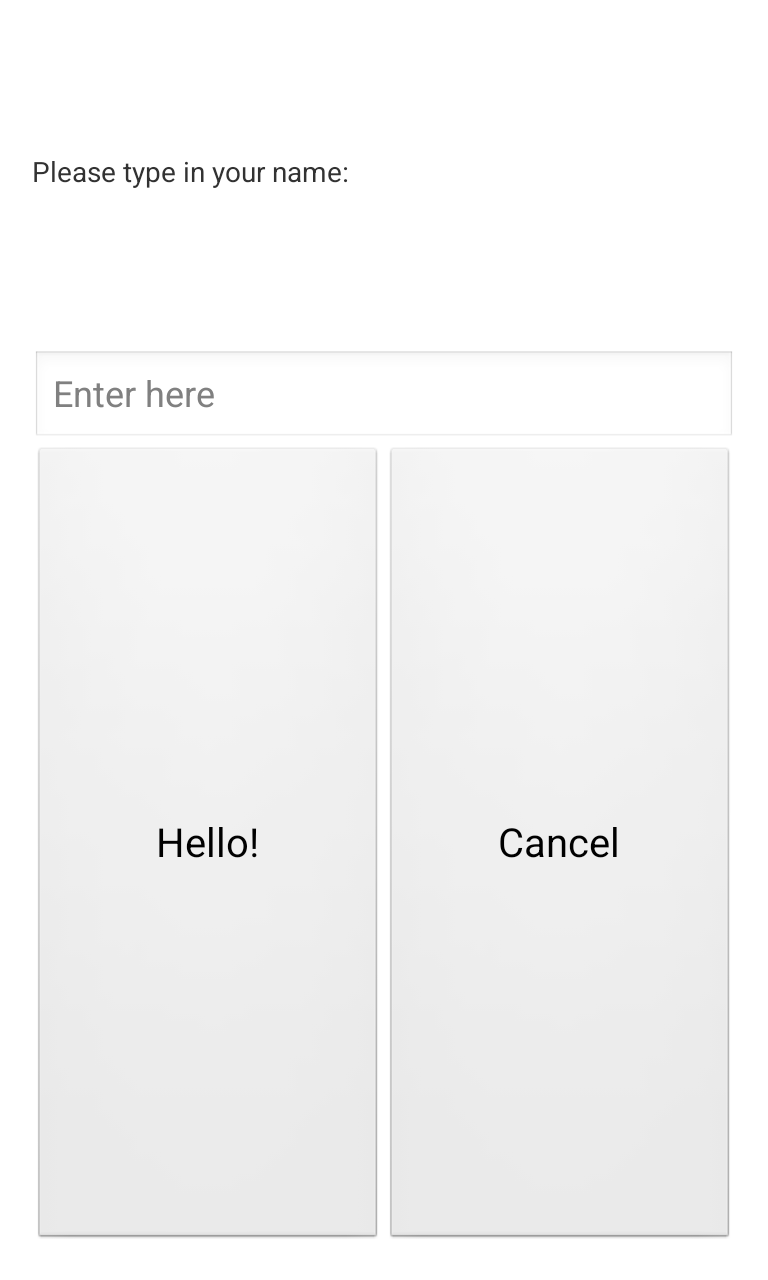
Repository: echolomaniac/HelloWorld
Layout: HelloWorld/res/layout/fragment_main.xml
The author's editor kept a copy of each file at every save. The layout is drawn from the files as they stood at one save, then again after the next save.
It is drawn on a 768 x 1280 px phone screen (xhdpi) without system bars, with theme android:Theme.Light.NoTitleBar; the app's code is not run.

Above is the layout before, as saved 2014-05-06 06:52:42.

### HelloWorld/res/layout/fragment_main.xml
<RelativeLayout xmlns:android="http://schemas.android.com/apk/res/android"
    xmlns:tools="http://schemas.android.com/tools"
    android:layout_width="match_parent"
    android:layout_height="match_parent"
    android:paddingBottom="@dimen/activity_vertical_margin"
    android:paddingLeft="@dimen/activity_horizontal_margin"
    android:paddingRight="@dimen/activity_horizontal_margin"
    android:paddingTop="@dimen/activity_vertical_margin"
    tools:context="com.example.helloworld.MainActivity$PlaceholderFragment" >

    <LinearLayout
        android:id="@+id/linearLayout1"
        android:layout_width="fill_parent"
        android:layout_height="fill_parent"
        android:layout_alignParentLeft="true"
        android:orientation="vertical" >

        <TextView
            android:id="@+id/textView1"
            android:layout_width="wrap_content"
            android:layout_height="wrap_content"
            android:layout_marginTop="60dp"
            android:text="@string/enter_name" />

        <EditText
            android:id="@+id/nameEditText"
            android:layout_width="match_parent"
            android:layout_height="wrap_content"
            android:layout_marginTop="80dp"
            android:ems="10"
            android:hint="@string/hint_enter_name" />

        <LinearLayout
            android:layout_width="fill_parent"
            android:layout_height="0dp"
            android:layout_weight="0.01" >

            <Button
                android:id="@+id/button1"
                android:layout_width="0dp"
                android:layout_weight="0.5"
                android:layout_height="match_parent"
                android:text="@string/hello_button"
                android:textSize="20sp"
                android:onClick="onHelloPressed"/>

            <Button
                android:id="@+id/button2"
                android:layout_width="0dp"
                android:layout_weight = "0.5"
                android:layout_height="match_parent"
                android:text="@string/button_cancel"
                android:textSize="20sp" />

        </LinearLayout>

    </LinearLayout>

</RelativeLayout>

### HelloWorld/res/values/strings.xml
<?xml version="1.0" encoding="utf-8"?>
<resources>

    <string name="app_name">HelloWorld</string>
    <string name="hello_world">Hello world!</string>
    <string name="action_settings">Settings</string>
    <string name="enter_name">Please type in your name:</string>
    <string name="hello_button">Hello!</string>
    <string name="hint_enter_name">Enter here</string>
    <string name="button_cancel">Cancel</string>
    <string name="field_Hello">Hello!</string>
    <string name="button_exit">Exit</string>

</resources>

Loaded but not shown: HelloWorld/res/values/dimens.xml (common file); HelloWorld/res/values-w820dp/dimens.xml (common file)

After the next save:
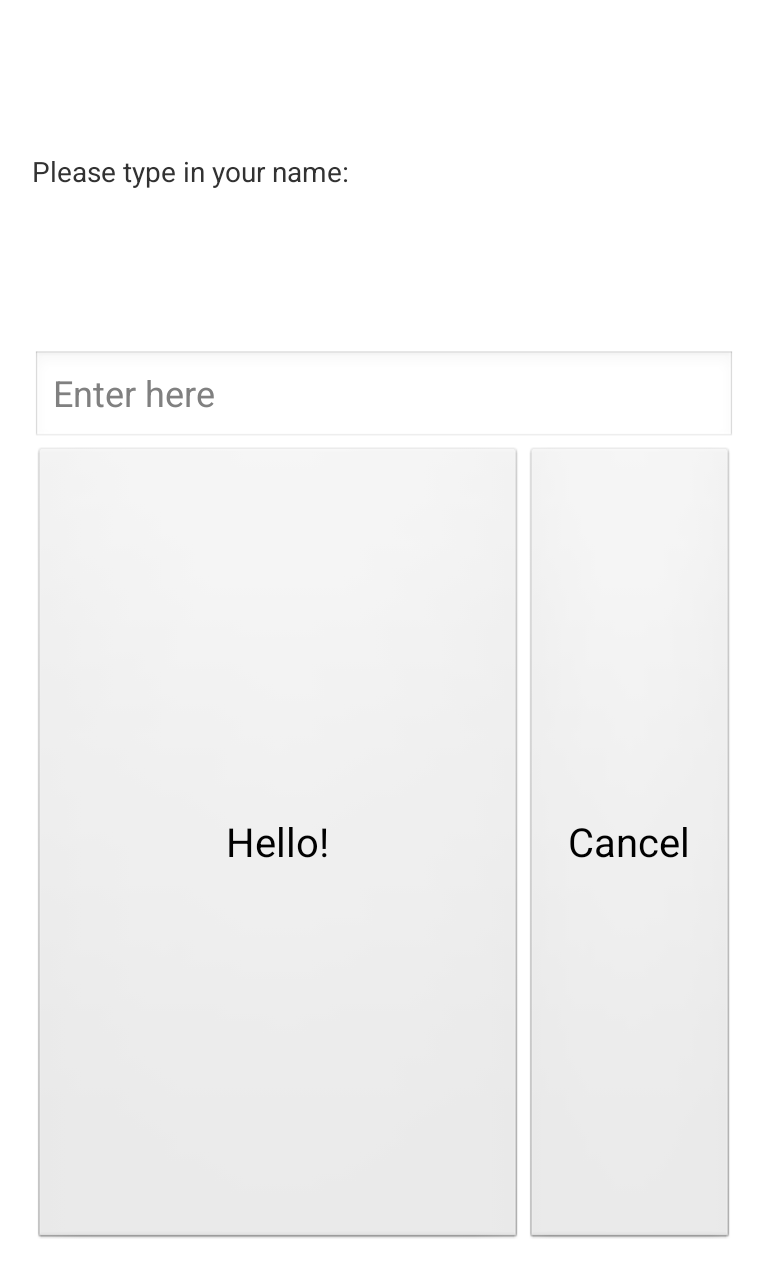
Saved 11 s later.
--- a/HelloWorld/res/layout/fragment_main.xml
+++ b/HelloWorld/res/layout/fragment_main.xml
@@ -38,7 +38,7 @@
             <Button
                 android:id="@+id/button1"
                 android:layout_width="0dp"
-                android:layout_weight="0.5"
+                android:layout_weight="0.7"
                 android:layout_height="match_parent"
                 android:text="@string/hello_button"
                 android:textSize="20sp"
@@ -47,7 +47,7 @@
             <Button
                 android:id="@+id/button2"
                 android:layout_width="0dp"
-                android:layout_weight = "0.5"
+                android:layout_weight = "0.3"
                 android:layout_height="match_parent"
                 android:text="@string/button_cancel"
                 android:textSize="20sp" />
